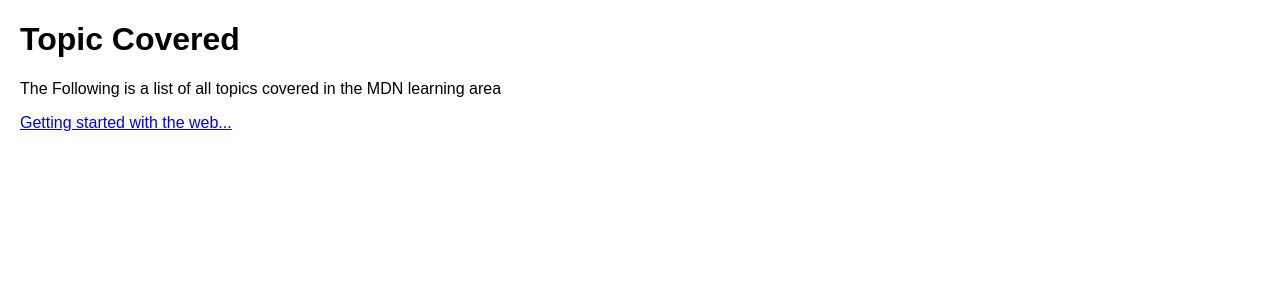
Repository: sriram1224/ReactProjects.github.io
Page: Assignments/Assignment1/index.html
The author's editor kept a copy of each file at every save. The page is drawn from the files as they stood at one save, then again after the next save.
The browser window is 1280 px wide. The pictures show the whole page.

Above is the page before, as saved 2024-03-01 09:51:25.

### Assignments/Assignment1/index.html
<!DOCTYPE html>
<html>
<head>
  <script src="https://unpkg.com/react@18/umd/react.development.js"></script>
  <script src="https://unpkg.com/react-dom@18/umd/react-dom.development.js"></script>
  <style>
    body{
      margin-left: 20px;
      font-family: Arial, sans-serif;

    }

  </style>
</head>

<body>

  <div id="root"></div>

  <script>

    const TopicHeader = () => React.createElement(
      'h1',
      {id: 'title'},
      'Topic Covered'
    );

    const TopicDescription = () => React.createElement(
      'p',
      {id: 'para'},
      'The Following is a list of all topics covered in the MDN learning area'
    );

    const TopicList = () => React.createElement(
      'div',
      null,
      [


        React.createElement('a', {href: 'http://example.com'}, 'Getting started with the web...')

      ]
    );

    ReactDOM.render(
      React.createElement(
        'div',
        null,
        [
          React.createElement(TopicHeader),
          React.createElement(TopicDescription),
          React.createElement(TopicList)
        ]
      ),
      document.getElementById('root')
    );

  </script>

</body>
</html>

After the next save:
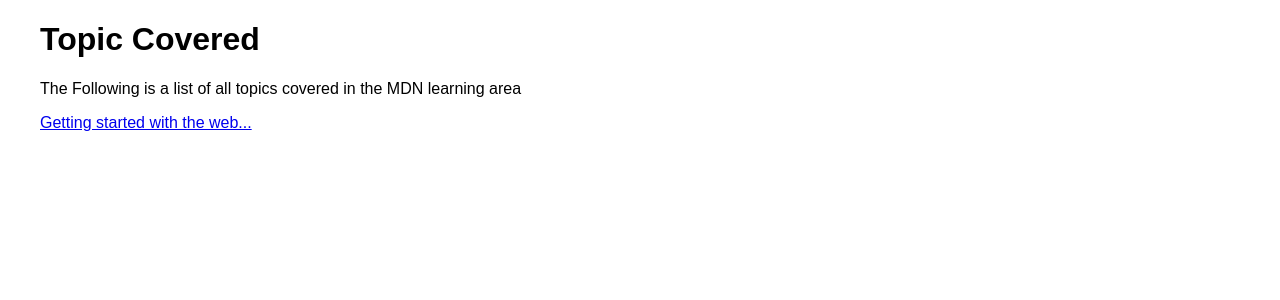
Saved 10 s later.
--- a/Assignments/Assignment1/index.html
+++ b/Assignments/Assignment1/index.html
@@ -5,7 +5,7 @@
   <script src="https://unpkg.com/react-dom@18/umd/react-dom.development.js"></script>
   <style>
     body{
-      margin-left: 20px;
+      margin-left: 40px;
       font-family: Arial, sans-serif;
 
     }
